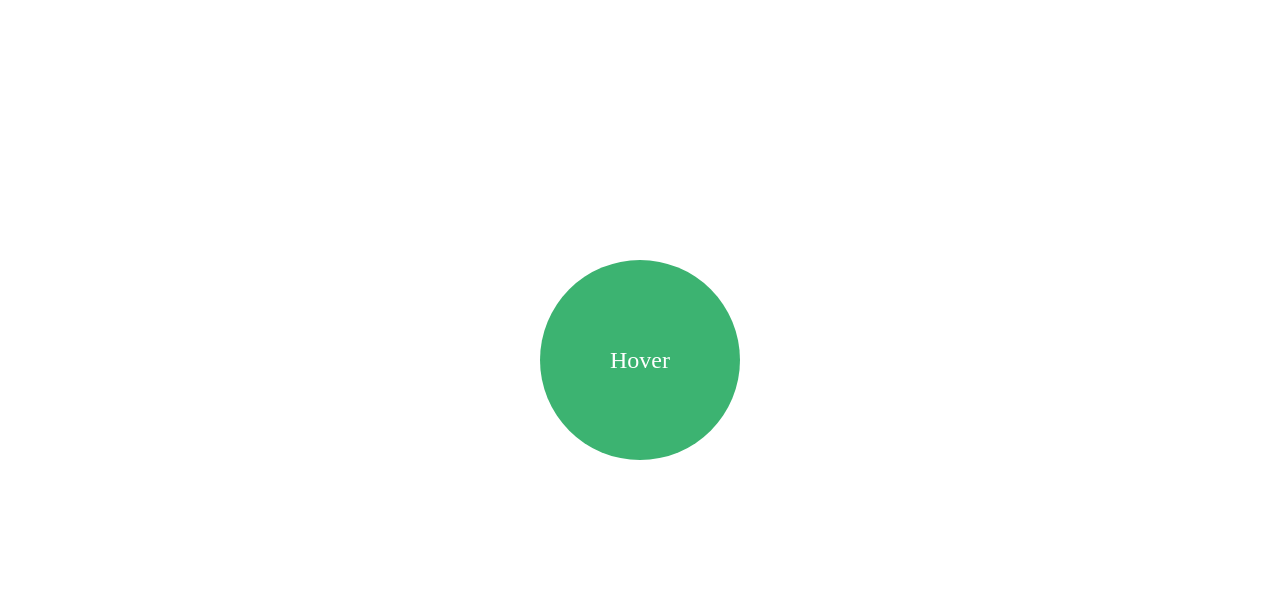
Repository: PrashantPanjwani/JSProjects
Page: P-Project3/index.html
An editor plug-in stored every save of this project. The page is shown before and after the next save, followed by the edit.
The browser window is 1280 px wide. The pictures show the whole page.

Above is the page before, as saved 2024-06-04 16:39:06.

After the next save:
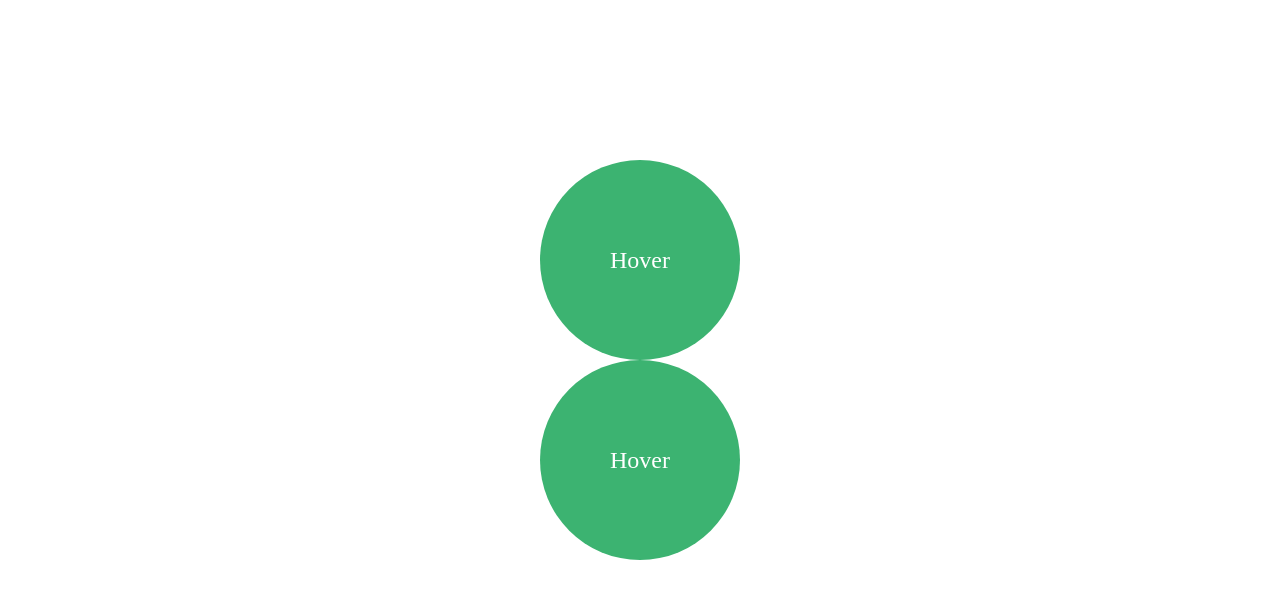
Saved 24 s later.
--- a/P-Project3/index.html
+++ b/P-Project3/index.html
@@ -8,6 +8,7 @@
 </head>
 <body>
     <div id="circle">Hover</div>
+    <div id="circle">Hover</div>
     <script src="app.js"></script>
 </body>
 </html>

After the save that followed:
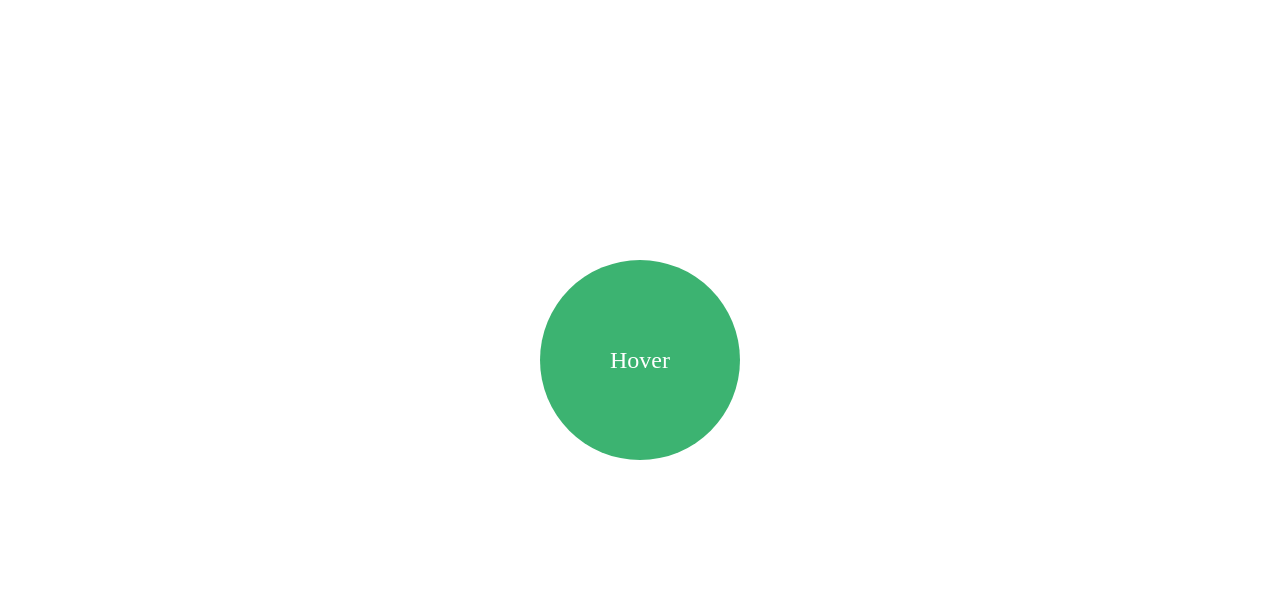
Saved 90 s later.
--- a/P-Project3/index.html
+++ b/P-Project3/index.html
@@ -8,7 +8,7 @@
 </head>
 <body>
     <div id="circle">Hover</div>
-    <div id="circle">Hover</div>
+
     <script src="app.js"></script>
 </body>
 </html>
